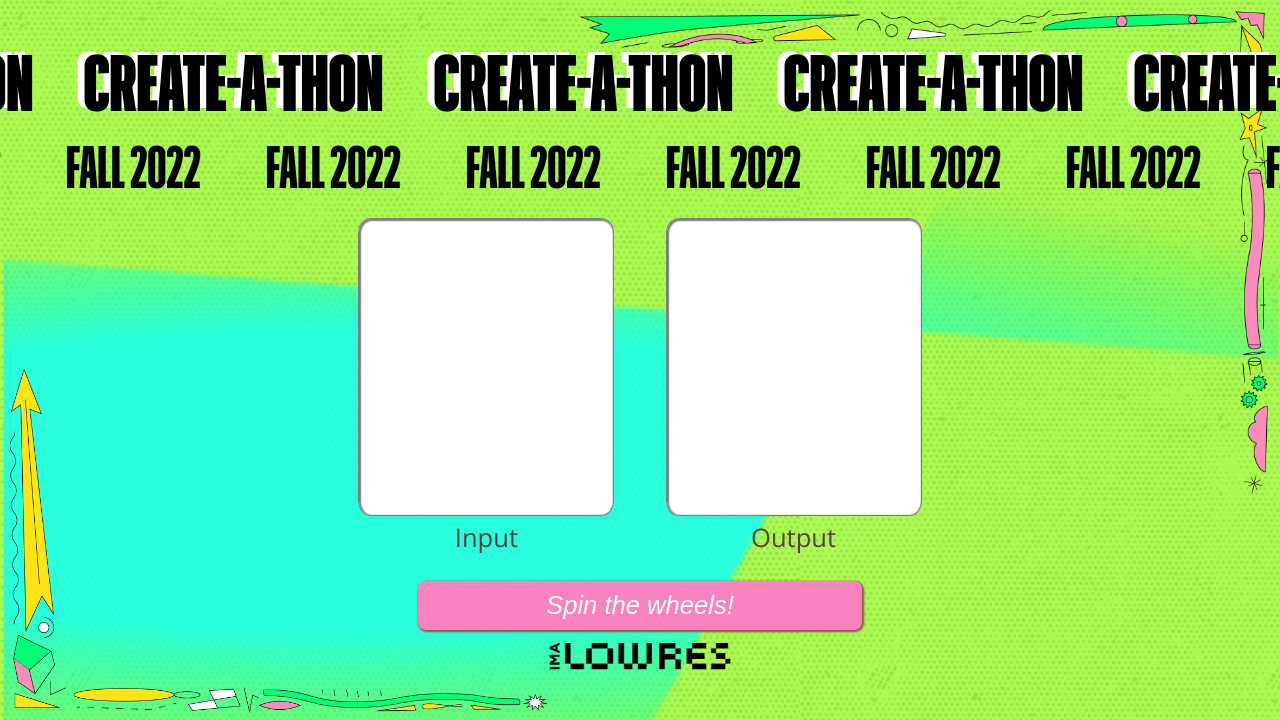
Repository: fakebrianho/IMA-Low-Res-Create-Athon-2022
Page: docs/project-generator/index.html
An editor plug-in stored every save of this project. The page is shown before and after a run of saves, followed by the edit.
The browser window is 1280 px wide. The pictures show the whole page.

Above is the page before, as saved 2022-10-26 23:43:47.
Not found: docs/project-generator/libraries/p5.dom.js
Not found: docs/project-generator/libraries/p5.js
Not found: docs/project-generator/libraries/p5.sound.js

After the next 2 saves:
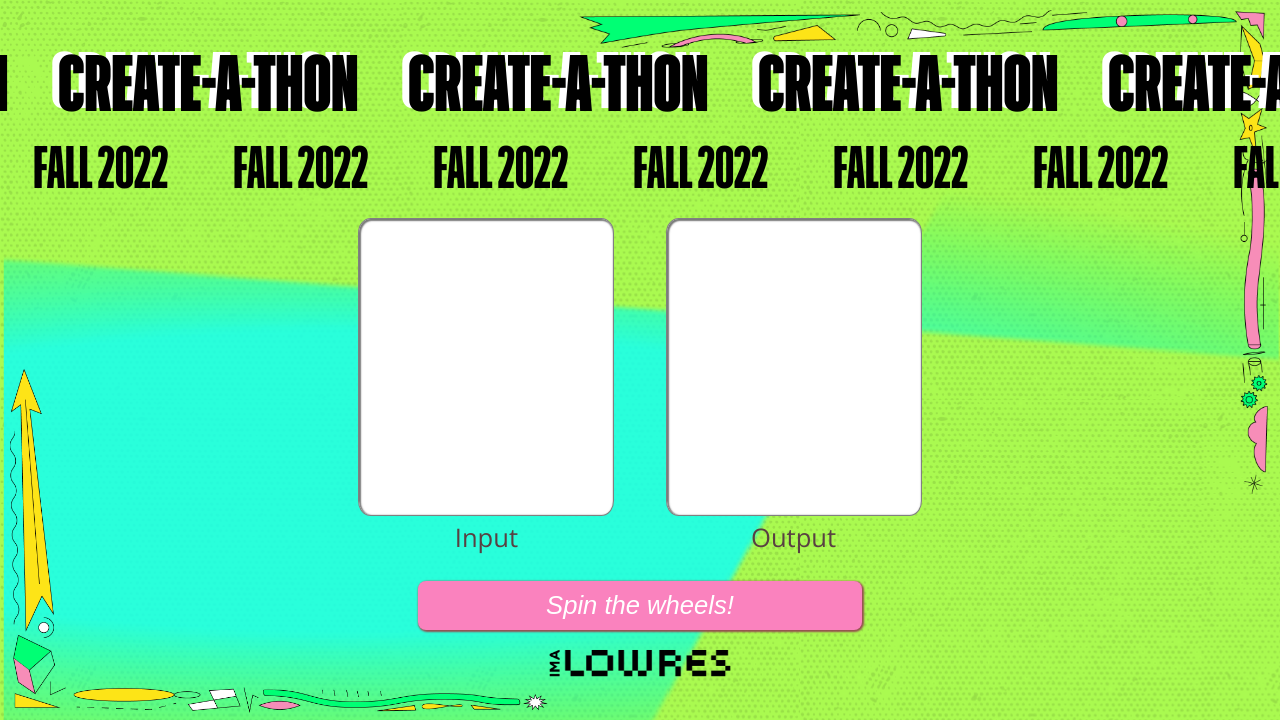
The 2 saves are shown as one change because they came seconds apart.
The last was saved 6 s later.
--- a/docs/project-generator/style.css
+++ b/docs/project-generator/style.css
@@ -27,10 +27,6 @@
 	background-position: right top, left 50vh, left 25vh, 0 0;
 }
 
-div {
-	text-align: center;
-}
-
 h1 {
 	font-family: 'Bild Variable V3 Web';
 	font-size: 80px;
@@ -56,7 +52,7 @@
 
 footer {
 	position: fixed;
-	bottom: 5vh;
+	bottom: 4vh;
 	width: 100vw;
 	text-align: center;
 }
